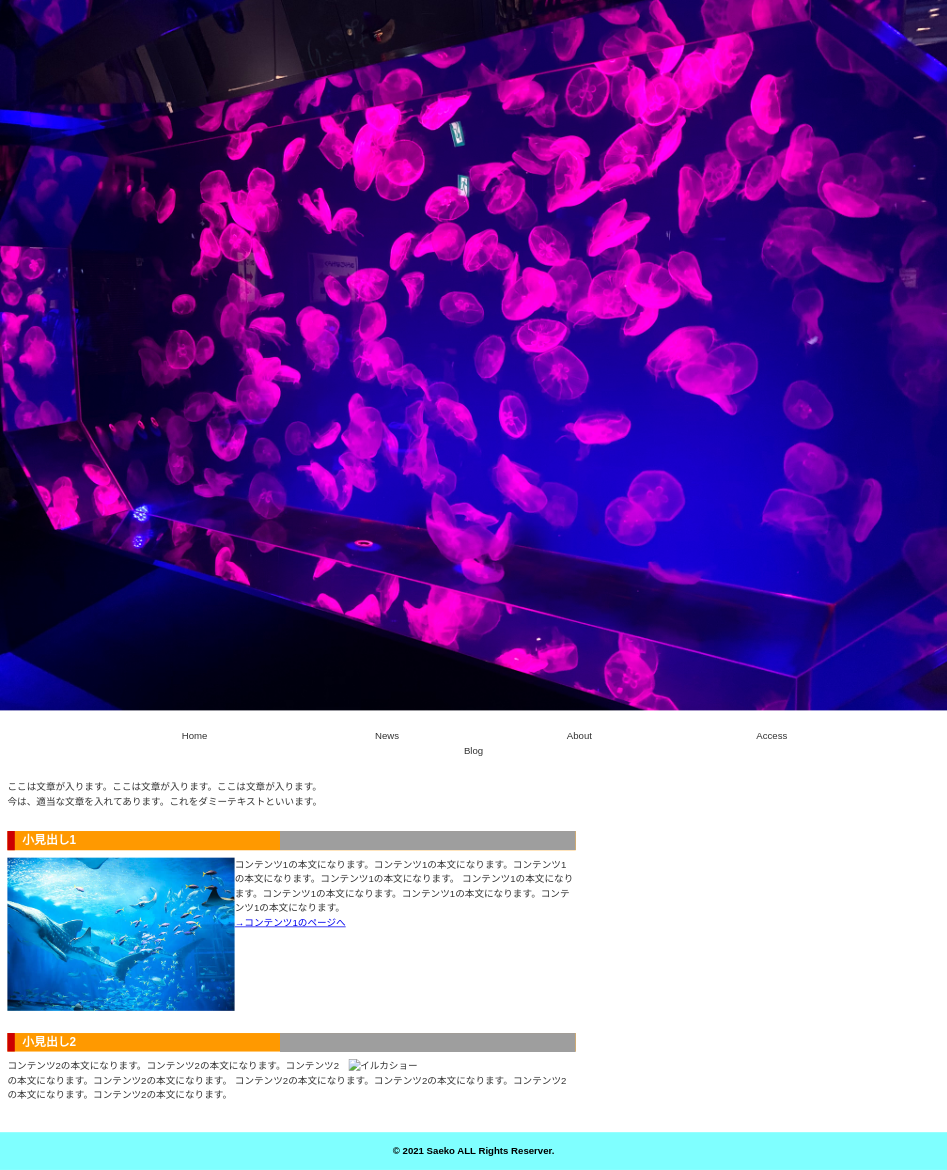
Repository: mizoguhi/mizoguhi
Page: test/saeko.html
The author's editor kept a record of every edit. The page is drawn from the files as they stood at one moment, then again after the next edit.
The browser window is 1280 px wide. The pictures show the whole page, at 74% of full size.
Pictures or frames that could not be fetched are drawn as grey boxes.

Above is the page before.
Not found: test/images/iruka.jpg

After the next edit:
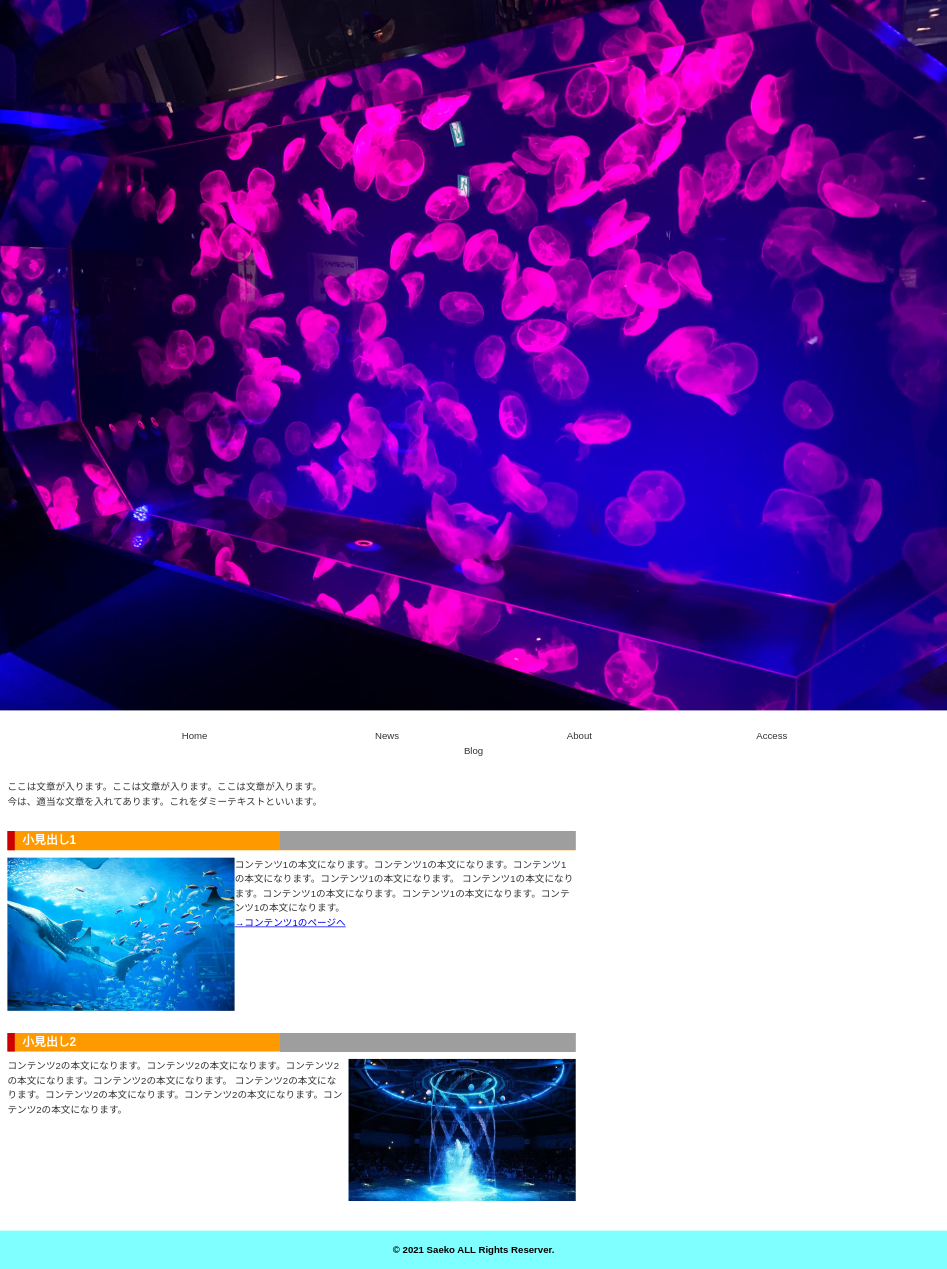
The edit:
--- a/test/saeko.html
+++ b/test/saeko.html
@@ -45,7 +45,7 @@
                     </div>
                     <div class="post clearfix">
                         <h2>小見出し2</h2>
-                        <img class="right" src="images/iruka.jpg" alt="イルカショー" />
+                        <img class="right" src="iruka.jpg" alt="イルカショー" />
                        <p>
                             コンテンツ2の本文になります。コンテンツ2の本文になります。コンテンツ2の本文になります。コンテンツ2の本文になります。
                             コンテンツ2の本文になります。コンテンツ2の本文になります。コンテンツ2の本文になります。コンテンツ2の本文になります。
